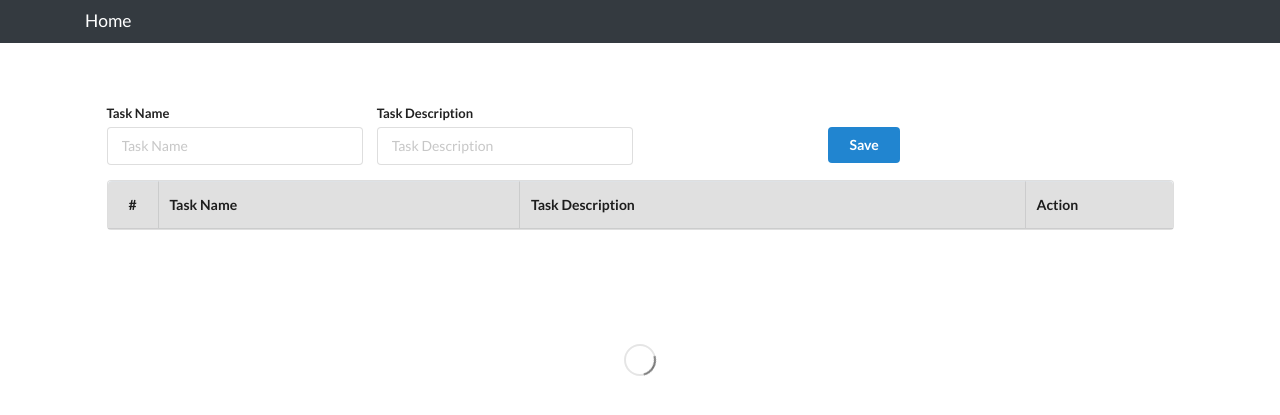
Repository: balkisys/react-js-crud
Page: /
The author's editor kept a copy of each file at every save. The page is drawn from the files as they stood at one save, then again after the next save.
The browser window is 1280 px wide. The pictures show the whole page.
The page's requests for data from a server got no answer. The project was rebuilt for these pictures with package versions that can differ from the ones it lists, and the page was loaded fresh each time. No one was signed in, and anything a server would have sent is missing. Also part of the build but not shown: src/components/Task.js.

Above is the page before, as saved 2021-02-07 19:20:51.

After the next save:
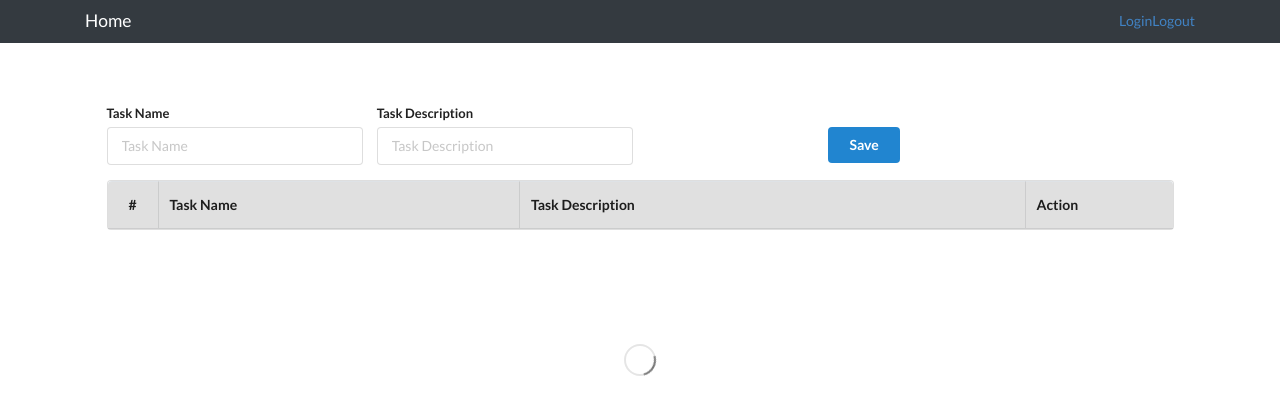
Saved 14 min 8 s later.
--- a/src/components/App.js
+++ b/src/components/App.js
@@ -9,7 +9,11 @@ class App extends Component {
 
               <nav class="navbar navbar-dark bg-dark">
                   <div class="container">
-              <a class="navbar-brand" href="#">Home</a>
+                      <a class="navbar-brand" href="#">Home</a>
+                      <div class="topnav-right">
+    <a href="#search">Login</a>
+    <a href="#about">Logout</a>
+  </div>
              </div>
               </nav>
 
